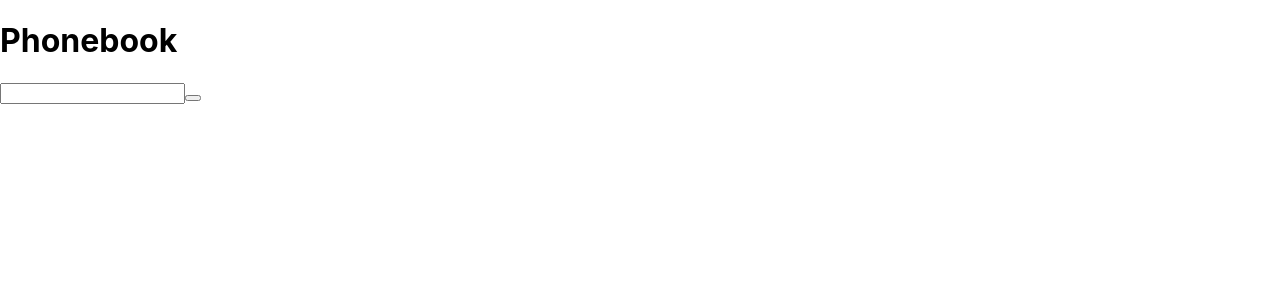
Repository: alexshlikhta/goit-react-hw-02-phonebook
Page: /
The author's editor kept a copy of each file at every save. The page is drawn from the files as they stood at one save, then again after the next save.
The browser window is 1280 px wide. The pictures show the whole page.
The project was rebuilt for these pictures with package versions that can differ from the ones it lists, and the page was loaded fresh each time. Also part of the build but not shown: src/App.css.

Above is the page before, as saved 2021-12-07 21:31:19.

After the next save:
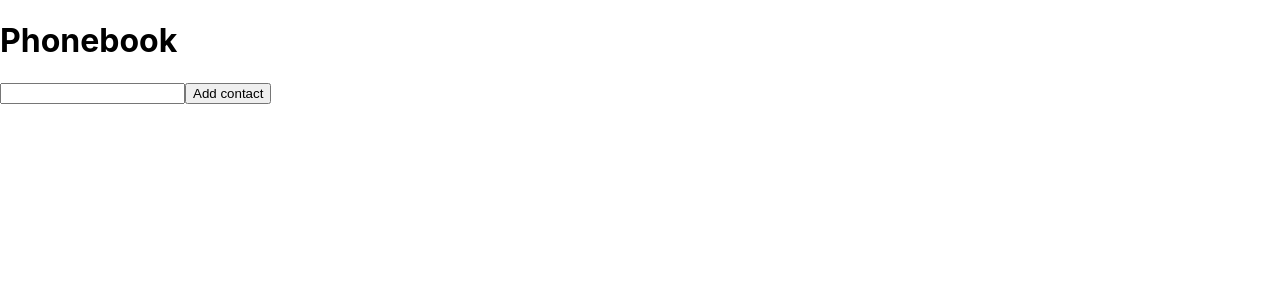
Saved 4 s later.
--- a/src/App.js
+++ b/src/App.js
@@ -26,9 +26,9 @@ export default class App extends Component {
 						required
 						value={this.inputValue}
 						onChange={this.handleChange}
-          />
+					/>
 
-          <button type="submit"></button>
+					<button type='submit'>Add contact</button>
 				</form>
 			</>
 		);
